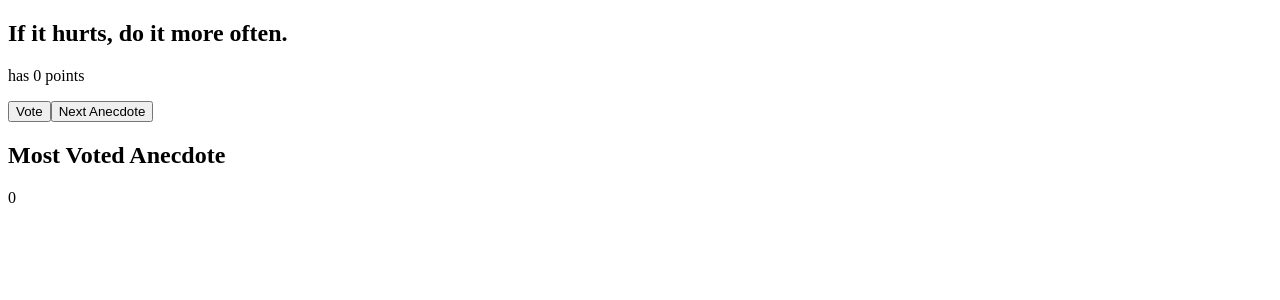
Repository: Wainhouse/Full_Stack_Open_2022
Page: / (app in part2/course_info/)
The author's editor kept a copy of each file at every save. The page is drawn from the files as they stood at one save, then again after a run of saves.
The browser window is 1280 px wide. The pictures show the whole page.
The project was rebuilt for these pictures with package versions that can differ from the ones it lists, and the page was loaded fresh each time.

Above is the page before, as saved 2022-11-24 17:24:35.

After the next 2 saves:
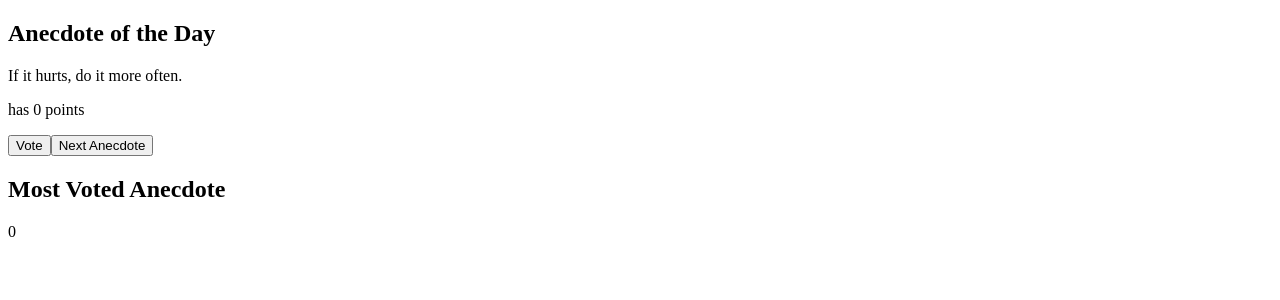
The 2 saves are shown as one change because 1 did not build or start.
The last was saved 88 s later.
--- a/part2/course_info/src/App.js
+++ b/part2/course_info/src/App.js
@@ -29,11 +29,13 @@ const App = () => {
 
   return (
     <div>
-      <h2>{anecdotes[selected]}</h2>
+      <h2>Anecdote of the Day</h2>
+      <p>{anecdotes[selected]}</p>
       <p>has {points[selected]} points</p>
       <button onClick={() => voteForAnecdote()}>Vote</button>
       <button onClick={() => handleClickNext()}>Next Anecdote</button>
       <h2>Most Voted Anecdote</h2>
+      <p>{selected[highestVoted]}</p>
       <p>{points[highestVoted]}</p>
     </div>
   );
